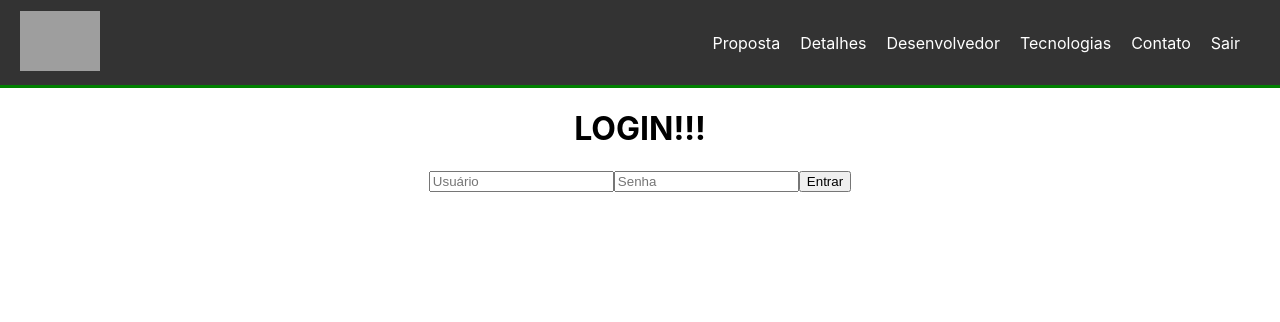
Repository: gustavo-eng/TheFightDay
Page: / (app in Client/frontend/)
An editor plug-in stored every save of this project. The page is shown before and after the next save, followed by the edit.
The browser window is 1280 px wide. The pictures show the whole page.
Pictures or frames that could not be fetched are drawn as grey boxes. The project was rebuilt for these pictures with package versions that can differ from the ones it lists, and the page was loaded fresh each time. Also part of the build but not shown: Client/frontend/src/utils/PrivateRoute.js, Client/frontend/src/pages/Home.js.

Above is the page before, as saved 2023-06-03 23:21:36.

### Client/frontend/src/App.js

import './App.css';
import Header from './Components/Header';
import Rotas from './routes/Routes';


function App() {
  return (
    <div className="App">
        <Header />
        <Rotas />
    </div>
  );
}



export default App;

### Client/frontend/src/Components/Header.js


import '../Components/header.css';


const Header = () => {
    return (
        <header>
        <nav>
        <div class="logo">
            <a href="#">
                <img src="https://static.wixstatic.com/media/5b4b97_a2e5c36cfd584f3aa512ad8b07f30727~mv2.png/v1/fill/w_111,h_121,al_c,q_85,usm_0.66_1.00_0.01,enc_auto/NOVVA%20LOGO%20COM%20EFEITO%20SEM%20SOMBRA.png" alt="Logo"/>
            </a>
        </div>
            <ul class="menu">
                {/* ROTA LOGOUT colocar logica para saida do usuario , as demais colocar https para servidor  */}
                <li><a href="/logout">Proposta</a></li>
                <li><a href="/description">Detalhes</a></li>
                <li><a href="/desenvolvedor">Desenvolvedor</a></li>
                <li><a href="/tecnologia">Tecnologias</a></li>
                <li><a href="/contato">Contato</a></li>
                <li><a href="/logout">Sair</a></li>
            </ul>
        </nav>
    </header>
    )
}

export default Header;

### Client/frontend/src/routes/Routes.js

import { BrowserRouter, Route, Routes } from 'react-router-dom';

import PrivateRoute from '../utils/PrivateRoute';

//Screens
import Home from '../pages/Home';
import LoginScreen from '../pages/Login';


// USAR VIDEO DA ROCKETSEAT APENAS PARA VERIFICAR  SE NO  localstorage, existe o token
//caso tiver token, isAutenticated  = true e a rota privada para home podera ser renderizada





const Rotas = () => {
    return (
        <BrowserRouter>
            <Routes>
                <Route element={<PrivateRoute/>}>
                    <Route path='/home' element={<Home/>}  />
                </Route>
                <Route path="/" element={<LoginScreen />} />
            </Routes>
        </BrowserRouter>
    )
}



export default Rotas;

### Client/frontend/src/Components/header.css
header {
    background-color: #333;
    height: 85px;
    width: 100%;
    border-bottom: 3.2px solid green;

}


nav {
    display: flex;
    align-items: center;
    justify-content: space-between;
    height: 100%;
    padding: 0 20px;
    color: #fff;
}

.logo img {
    height: 60px;
}

.menu {
    list-style: none;
    display: flex;
}

.menu li {
    margin-right: 20px;
}

.menu li a {
    color: #fff;
    text-decoration: none;
    font-size: 16px;
}

.menu li a:hover {
    color: green;
}

### Client/frontend/src/pages/Login.js
import React, { useState } from 'react';
import taskService from '../service/taskService';

import { useNavigate } from 'react-router-dom';


const LoginScreen  = (props) => {
    const [user, setUser] = useState('');
    const [password, setPassword] = useState('');

    const navigate = useNavigate()

    const handleUserChange = (e) => {
        setUser(e.target.value);
    };

      const handlePasswordChange = (e) => {
        setPassword(e.target.value);
    };

    const handleSubmit = async (e) => {
      e.preventDefault();
      console.log('Clicou no Entrar')
      const response = await taskService.login(user, password)
      console.log(' Response dentro do handleSubmit')
      console.log(response)

      const token = response.token
      localStorage.setItem('token', token);

      navigate('/home')

    }

/*  colocar tudo isso no component  <formLogin />*/

    return (
        <>
            <h1>LOGIN!!!</h1>
            <div className="container_form">
                <form onSubmit={handleSubmit}>
                    <input
                        type="text"
                        placeholder="Usuário"
                        name="user"
                        value={user}
                        onChange={handleUserChange}
                        required
                    />
                    <input
                        type="password"
                        placeholder="Senha"
                        name="password"
                        value={password}
                        onChange={handlePasswordChange}
                        required
                    />
                    <button type="submit">Entrar</button>
        </form>
        {/* Apenas  para fins de testes  */}
        {/* <button onClick={() => navigate('/home')}> Ir para logado  -- Home  -- </button> */}
      </div>
        </>
    )
}



export default LoginScreen;

### Client/frontend/src/service/taskService.js
let taskService = {

    login: async function(user, password) {
        const data = {
            method: 'POST',
            headers: {'Content-type': 'application/json'},
            body: JSON.stringify({user: user, password: password })
        }

        const response = await fetch('http://localhost:3333', data)
        return await response.json()

    },

}


export default taskService;

### Client/frontend/src/Components/Footer.js
import React from 'react';

import './footer.css';



const Footer = () => {

    return (
        <footer>
            <div class="container">
                <div class="footer-logo">

                </div>
                    <div class="footer-links">
                        <ul>
                            <li><a href="#">Home</a></li>
                            <li><a href="#">Sobre</a></li>
                            <li><a href="#">Calendário</a></li>
                            <li><a href="#">Notícias</a></li>
                            <li><a href="#">Contato</a></li>
                        </ul>
                    </div>
                <div class="footer-social">
                    <a href="#"><img src="https://static.wixstatic.com/media/23fd2a2be53141ed810f4d3dcdcd01fa.png/v1/fill/w_33,h_33,al_c,q_85,usm_0.66_1.00_0.01,enc_auto/23fd2a2be53141ed810f4d3dcdcd01fa.png" alt="Facebook"/></a>
                    <a href="#"><img src="https://static.wixstatic.com/media/81af6121f84c41a5b4391d7d37fce12a.png/v1/fill/w_33,h_33,al_c,q_85,usm_0.66_1.00_0.01,enc_auto/81af6121f84c41a5b4391d7d37fce12a.png" alt="Instagram"/></a>
                    <a href="#"><img src="https://static.wixstatic.com/media/203dcdc2ac8b48de89313f90d2a4cda1.png/v1/fill/w_33,h_33,al_c,q_85,usm_0.66_1.00_0.01,enc_auto/203dcdc2ac8b48de89313f90d2a4cda1.png" alt="YouTube"/></a>
                </div>
            </div>
        </footer>
    )

}

export default Footer;

### Client/frontend/src/Components/footer.css
footer {

    position: relative; /* aquiii */
    display: flex;
    align-self: flex-end;
    flex-direction: row;

    bottom: 0;
    left: 0;
    width: 100%;
    background-color: #333;
    color: #fff;
    padding: 9px 0;
    font-size: 14px;
    border-top: 3.2px solid green;

  }

  .container {
    max-width: 1200px;
    margin: 0 auto;
    padding: 0 10px;
  }

  .footer-logo img {
    height: 50px;
  }

  .footer-links ul {
    list-style: none;
    margin: 15px;
    padding: 0;
  }

  .footer-links li {
    display: inline-block;
    margin-right: 90px;
  }

  .footer-links a {
    color: #fff;
    text-decoration: none;
  }

  .footer-social a {
    margin-right: 10px;
  }

  .footer-social img {
    height: 20px;
  }


  .container_main {
    display: flex;
    flex: 1;
    flex-direction: column-reverse;
    align-content: flex-end;
  }

Loaded but not shown: Client/frontend/public/index.html (common file); Client/frontend/src/index.js (common file); Client/frontend/src/index.css (common file); Client/frontend/src/reportWebVitals.js (common file); Client/frontend/src/App.css (common file)

After the next save:
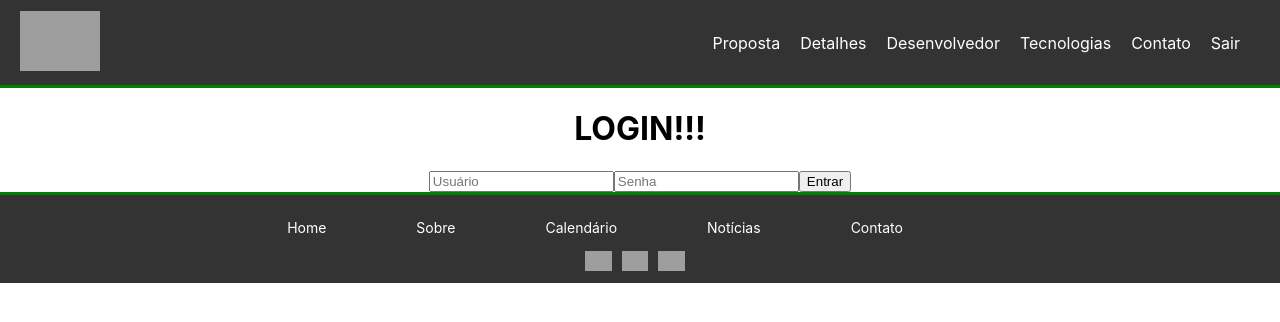
Saved 24 s later.
--- a/Client/frontend/src/App.js
+++ b/Client/frontend/src/App.js
@@ -1,5 +1,6 @@
 
 import './App.css';
+import Footer from './Components/Footer';
 import Header from './Components/Header';
 import Rotas from './routes/Routes';
 
@@ -8,8 +9,8 @@ function App() {
   return (
     <div className="App">
         <Header />
-        <Rotas />
-    </div>
+          <Rotas />
+        <Footer/>    </div>
   );
 }
 
